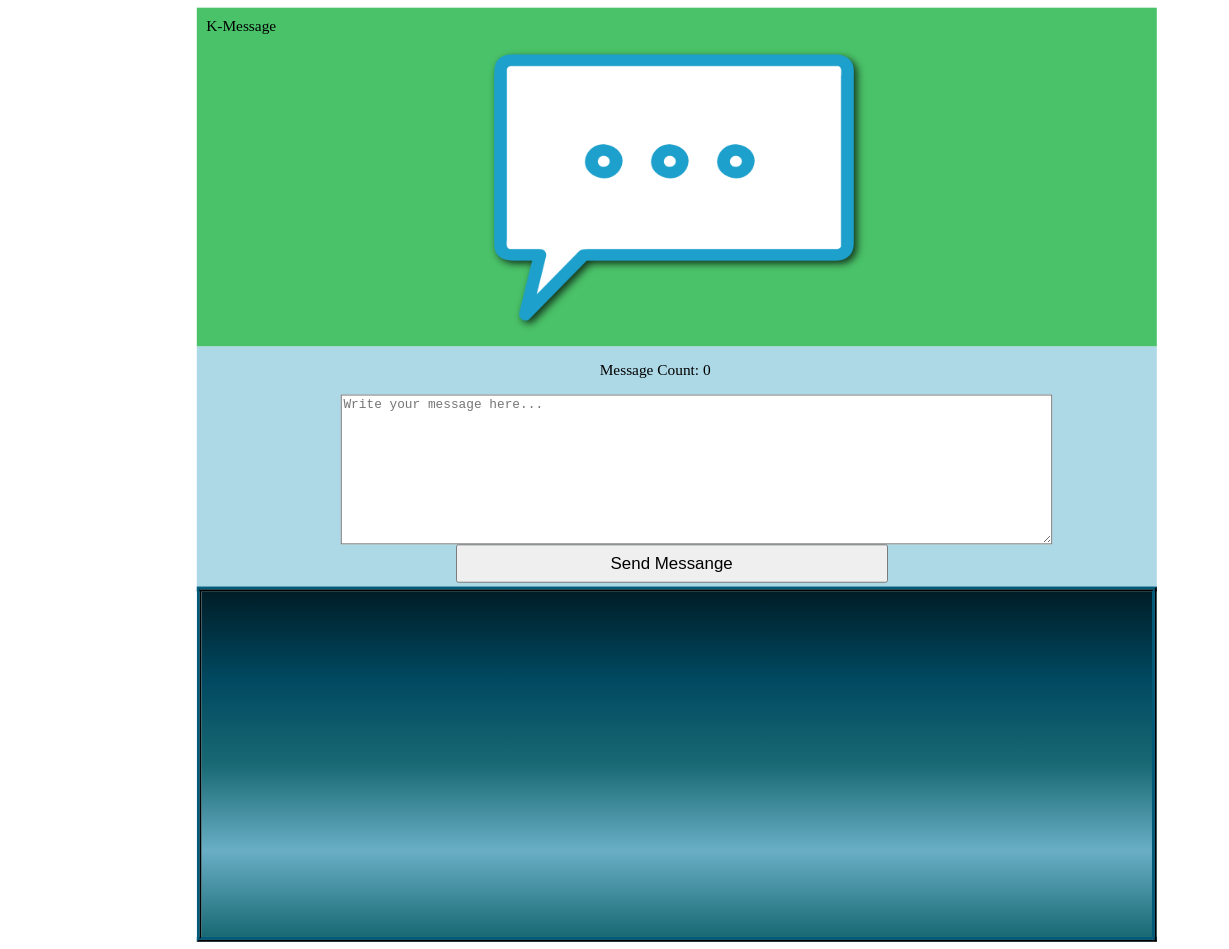
Repository: KevinUd2014/Kn222gn-laborations-Repo-1dv403
Page: 2-labbymezzage/Index.html
The author's editor kept a record of every edit. The page is drawn from the files as they stood at one moment, then again after the next edit.
The browser window is 1280 px wide. The pictures show the whole page, at 96% of full size.

Above is the page before.

After the next edit:
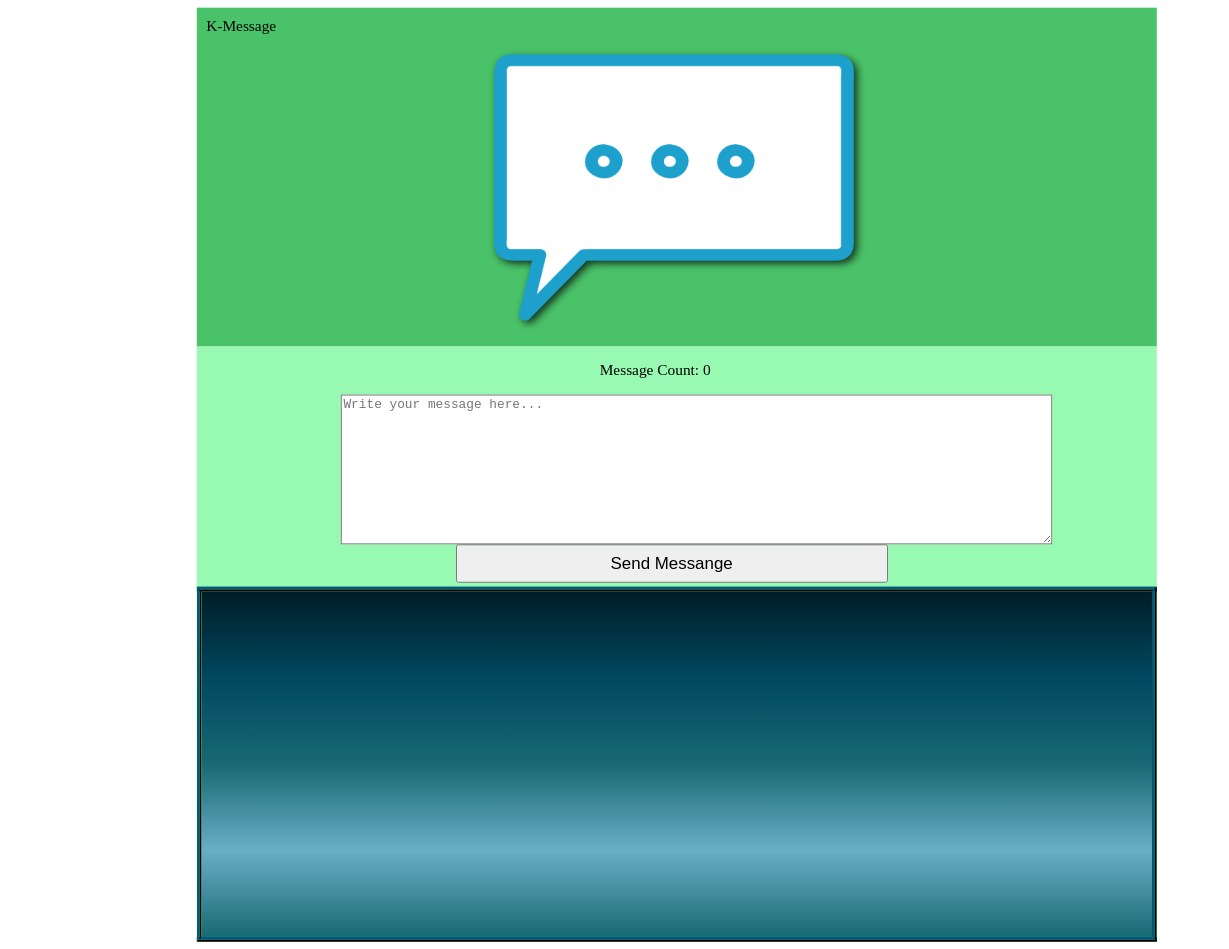
The edit:
--- a/2-labbymezzage/CssMessage.css
+++ b/2-labbymezzage/CssMessage.css
@@ -9,7 +9,7 @@
 }
 main
 {
-    background-color:lightblue;
+    background-color:#98FAB2;
 }
 .KevinMessage
 {
